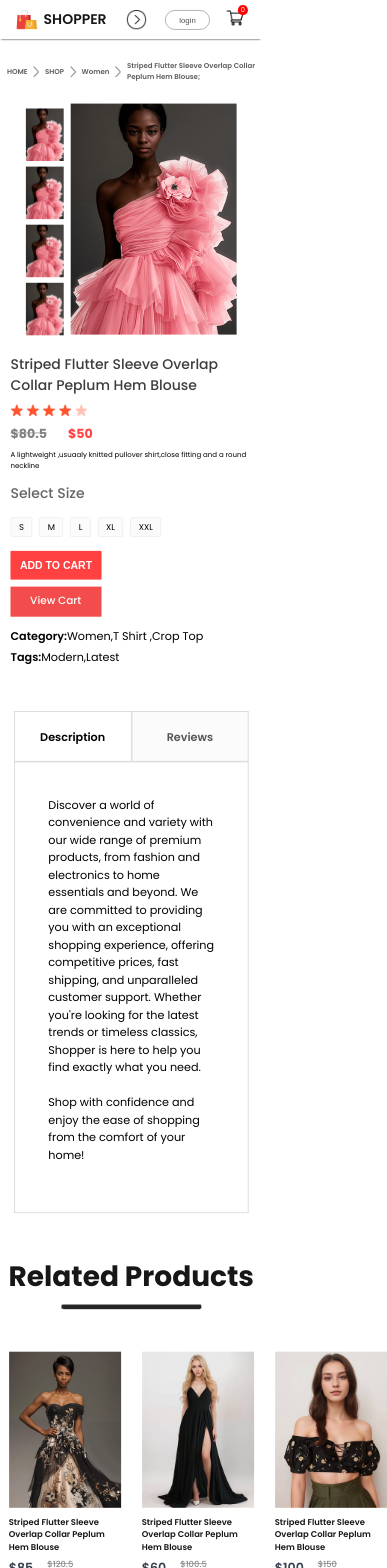
Repository: PayalJakhar/Shoppers-E-commerce-Website
Page: /product/1 (app in frontend/)
These files come from the project's save history. The page is drawn as it stood at one moment and after the next save; the edit follows.
The browser window is 375 px wide. The page is 553 px wide, then 375 px, so the pictures cover 553 px, including what lies to the right of the window. The pictures show the part of the page from y = 0 to 2240 px (the page is 2863 px tall), at 70% of full size.
The project was rebuilt for these pictures with package versions that can differ from the ones it lists, and the page was loaded fresh each time. Also part of the build but not shown: frontend/src/App.css, frontend/src/Components/Hero/Hero.css, frontend/src/Components/Hero/Hero.jsx, frontend/src/Components/Popular/Popular.css, frontend/src/Components/Popular/Popular.jsx, frontend/src/Components/Offers/Offers.css, frontend/src/Components/Offers/Offers.jsx, frontend/src/Components/NewCollections/NewCollections.css and 12 more.

Above is the page before, as saved 2025-01-17 19:16:11.

### frontend/src/index.css
*{
  margin:0;
}
body {
  margin: 0;
  font-family: -apple-system, BlinkMacSystemFont, 'Segoe UI', 'Roboto', 'Oxygen',
    'Ubuntu', 'Cantarell', 'Fira Sans', 'Droid Sans', 'Helvetica Neue',
    sans-serif;
  -webkit-font-smoothing: antialiased;
  -moz-osx-font-smoothing: grayscale;
  font-family:'poppins';
}

code {
  font-family: source-code-pro, Menlo, Monaco, Consolas, 'Courier New',
    monospace;
}

### frontend/src/Context/ShopContext.jsx
import React, { createContext, useState } from "react";
import all_product from '../Components/Assets/Frontend_Assets/all_product';

export const ShopContext = createContext(null);

const getDefaultCart = () => {
    let cart = {};
    for (let index = 0; index < all_product.length; index++) {
        cart[index] = 0;
    }
    return cart;
}

const ShopContextProvider = (props) => {
    const [cartItems, setCartItems] = useState(getDefaultCart());

    const addToCart = (itemId) => {
        setCartItems((prev) => ({ ...prev, [itemId]: prev[itemId] + 1 }));
        console.log(cartItems);
    }

    const removeFromCart = (itemId) => {
        setCartItems((prev) => ({ ...prev, [itemId]: prev[itemId] - 1 }));
    }

    const getTotalCartAmount = () => {
        let totalAmount = 0;
        for (const item in cartItems) {
            if (cartItems[item] > 0) {
                let itemInfo = all_product.find((product) => product.id === Number(item));
                totalAmount += itemInfo.new_price * cartItems[item];
            }
        }
        return totalAmount;
    }

    const getTotalCartItems = () => {
        let totalItem = 0;
        for (const item in cartItems) {
            if (cartItems[item] > 0) {
                totalItem += cartItems[item];
            }
        }
        return totalItem;
    }

    const contextValue = { getTotalCartItems, getTotalCartAmount, all_product, cartItems, addToCart, removeFromCart };

    return (
        <ShopContext.Provider value={contextValue}>
            {props.children}
        </ShopContext.Provider>
    )
}

export default ShopContextProvider;

### frontend/src/Components/Navbar/Navbar.jsx
import React, { useContext, useState, useRef } from 'react';
import { Link } from 'react-router-dom';
import './Navbar.css';
import logo from '../Assets/Frontend_Assets/logo.png';
import cart_icon from '../Assets/Frontend_Assets/cart_icon.png';
import { ShopContext } from '../../Context/ShopContext';
import nav_dropdown from '../Assets/Frontend_Assets/nav_dropdown.png'

export default function Navbar() {
    const [menu, setMenu] = useState('shop');
    const {getTotalCartItems} = useContext(ShopContext);
    const menuRef = useRef();

    const dropdown_toggle = (e) =>{
        menuRef.current.classList.toggle('nav-menu-visible');
        e.target.classList.toggle('open');
    }


    return (
        <div className="navbar">
            <div className="nav-logo">
                <img src={logo} alt="" />
                <p> SHOPPER</p>
            </div>
            <img  className='nav-dropdown' onClick={dropdown_toggle} src={nav_dropdown} alt=""/>
            <ul ref={menuRef} className="nav-menu">
                <li onClick={() => { setMenu('shop') }}><Link style={{textDecoration:'none'}} to='/'>Shop</Link>{menu === 'shop' ? <hr /> : <></>}</li>
                <li onClick={() => { setMenu('mens') }}><Link style={{textDecoration:'none'}} to='/mens'>Men</Link>{menu === 'mens' ? <hr /> : <></>}</li>
                <li onClick={() => { setMenu('women') }}><Link style={{textDecoration:'none'}} to='/women'>Women</Link>{menu === 'women' ? <hr /> : <></>}</li>
                <li onClick={() => { setMenu('kids') }}><Link style={{textDecoration:'none'}} to='/kids'>Kids</Link>{menu === 'kids' ? <hr /> : <></>}</li>
            </ul>
            <div className="nav-login-cart">
                <Link style={{textDecoration:'none'}} to='/login'><button>login</button></Link>
                <Link style={{textDecoration:'none'}} to='/cart'><img src={cart_icon} alt="" /></Link>
                <div className="nav-cart-count">{getTotalCartItems()}</div>
            </div>
        </div>
    )
}

### frontend/src/Pages/Product.jsx
import React,{useContext} from 'react'
import {ShopContext} from '../Context/ShopContext'
import {useParams} from 'react-router-dom'
import Breadcrum from '../Components/Breadcrums/Breadcrum';
import ProductDisplay from '../Components/ProductDisplay/ProductDisplay';
import DescriptionBox from '../Components/DescriptionBox/DescriptionBox';
import RelatedProducts from '../Components/RelatedProducts/RelatedProducts';

export default function Product() {
  const {all_product} = useContext(ShopContext);
  const {productID} = useParams(); // we have to give the name the same name as the parameter as been given
  // using the productID we will look for the product in the all_product;

  const product = all_product.find((e)=>e.id===Number(productID));// the const product will be equal to an object as all_product is an array of objects
  // as productID should be in number format as e.id is in number format
  return (
    <div>
        <Breadcrum product={product}/>
        <ProductDisplay product={product}/>
        <DescriptionBox/>
        <RelatedProducts/>
    </div>
  )
}

### frontend/src/Components/Footer/Footer.jsx
import React from 'react'
import './Footer.css'
import footer_logo from '../Assets/Frontend_Assets/logo_big.png'
import instagram_icon from '../Assets/Frontend_Assets/instagram_icon.png'
import pintester_icon from '../Assets/Frontend_Assets/pintester_icon.png'
import whatsapp_icon from '../Assets/Frontend_Assets/whatsapp_icon.png'
export default function Footer() {
  return (
    <div className='footer'>
        <div className="footer-logo">
            <img src={footer_logo} alt=""/>
            <p>SHOPPER</p>
        </div>
        <ul className="footer-links">
            <li>Company</li>
            <li>Products</li>
            <li>Offices</li>
            <li>About</li>
            <li>Contact</li>
        </ul>
        <div className="footer-social-icon">
            <div className="footer-icons-container">
                <img src={instagram_icon} alt=""/>
            </div>
            <div className="footer-icons-container">
                <img src={pintester_icon} alt=""/>
            </div>
            <div className="footer-icons-container">
                <img src={whatsapp_icon} alt=""/>
            </div>
        </div>
        <div className="footer-copyright">
            <hr/>
            <p>Copyright @ 2025 - All Rights Reserved</p>
        </div>
    </div>
  )
}

### frontend/src/Components/Navbar/Navbar.css
.navbar{
    display:flex;
    justify-content:space-around;
    padding:16px;
    box-shadow:0 1px 3px -2px black;
    align-items: center;
}

.nav-logo{
    display:flex;
    align-items:center;
    gap:10px;
}

.nav-logo p{
    color: #171717;
    font-size: 38px;
    font-weight:600;
}

.nav-menu{
    display:flex;
    align-items:center;
    list-style:none;
    gap:50px;
    color: #626262;
    font-size:20px;
    font-weight: 500;
}

.nav-menu li{
    display:flex;
    flex-direction:column;
    align-items:center;
    justify-content:center;
    cursor:pointer;
}

.nav-menu hr{
    border:none;
    width:80%;
    height:3px;
    border-radius:10px;
    background: #FF4141;
}

.nav-login-cart{
    display:flex;
    align-items:center;
    gap:45px;
}

.nav-login-cart button{
    width:157px;
    height:58px;
    outline:none;
    border:1px solid #7a7a7a;
    border-radius:75px;
    color:#515151;
    font-size:20px;
    font-weight:500;
    background:white;
    cursor:pointer;
}

.nav-login-cart button:hover{
    background:#f3f3f3;
}

.nav-cart-count{
    width:22px;
    height:22px;
    display:flex;
    justify-content:center;
    align-items:center;
    margin-top:-35px;
    margin-left:-55px;
    border-radius:11px;
    font-size:14px;
    background:red;
    color:white;
}

.nav-dropdown{
    display: none;
}

/* here we are making it responsive for max-width: 1280px */

@media(max-width: 1280px){
    .navbar{
        padding: 12px 50px;
    }

    .nav-logo img{
        width: 40px;
    }
    .nav-logo p{
        font-size: 25px;
    }
    .nav-menu{
        gap: 30px;
        font-size: 16px;
    }
    .nav-login-cart{
        gap: 30px;
    }
    .nav-login-cart button{
        width: 120px;
        height: 45px;
        font-size: 16px;
    }
    .nav-cart-count{
        margin-left: -40px;
        font-size: 12px;
    }
}

@media(max-width: 1024px){
    .navbar{
        padding: 12px 30px;
    }

    .nav-menu{
        gap: 25px;
        font-size: 14px;
    }
    .nav-login-cart button{
        width: 80px;
        height: 35px;
        font-size: 14px;
    }
    .nav-cart-count{
        width: 18px;
        height: 18px;
    }
    .nav-login-cart img{
        width: 30px;
    }
}

@media(max-width: 800px){
    .navbar{
        padding: 10px 0px;
    }

    .nav-dropdown{
        display: block;
        width: 30px;
        rotate: -90deg;
        transition: 0.5s;
    }
    .nav-menu{
        display: none;
        height: 80px;
        width: 100%;
        position: absolute;
        background-color: white;
        justify-content: center;
        top: 50px;
    }
    .nav-menu-visible{
        display: flex;
    }
    .nav-dropdown.open{
        transform: rotate(90deg);
    }
}


@media(max-width: 500px){
    .navbar{
        padding: 8px 0px;
        gap: 0;
    }

    .nav-logo{
       transform: scale(0.8);
    }
    .nav-menu{
        height: 70px;
        top: 50px;
        display: none;
    }
    .nav-login-cart{
        transform: scale(0.8);
    }
    .nav-menu-visible{
        display: flex;
    }
    .nav-dropdown.open{
        transform: rotate(90deg);
    }
}

### frontend/src/Components/Item/Item.jsx
import React from 'react'
import { Link } from 'react-router-dom';
import './Item.css'
export default function Item(props) {
  return (
    <div className='item'>
        <Link to={`/product/${props.id}`}><img onClick={window.scrollTo(0,0)} src={props.image} alt="" /></Link>
        {/* on click to img just scroll the window on to top */}
        <p>{props.name}</p>
        <div className="item-prices">
            <div className="item-price-new">
                ${props.new_price}
            </div>
            <div className="item-price-old">
                ${props.old_price}
            </div>
        </div>
    </div>
  )
}

### frontend/src/Components/Breadcrums/Breadcrum.jsx
import React from 'react'
import './Breadcrum.css'
import arrow_icon from '../Assets/Frontend_Assets/breadcrum_arrow.png'

const Breadcrum = (props) => {
    const {product} = props;
    return (
        <div className='breadcrum'>
            HOME <img src={arrow_icon} alt=""/> SHOP <img src={arrow_icon} alt=""/> {product.category} <img src={arrow_icon} alt=""/> {product.name};
        </div>
    )
}

export default Breadcrum

### frontend/src/Components/ProductDisplay/ProductDisplay.jsx
import React, { useContext } from 'react'
import './ProductDisplay.css'
import star_icon from "../Assets/Frontend_Assets/star_icon.png"
import star_dull_icon from "../Assets/Frontend_Assets/star_dull_icon.png"
import { ShopContext } from '../../Context/ShopContext'
import {Link} from 'react-router-dom'
const ProductDisplay = (props) => {
    const {product}=props;
    const {addToCart}=useContext(ShopContext);
  return (
    <div className='productdisplay'>
        <div className="productdisplay-left">
             <div className="productdisplay-img-list">
                <img src={product.image} alt="" />
                <img src={product.image} alt="" />
                <img src={product.image} alt="" />
                <img src={product.image} alt="" />
             </div>

            <div className="productdisplay-img">
                <img className='productdisplay-main-img' src={product.image} alt="" />
            </div>
        </div>
        <div className="productdisplay-right">
            <h1>{product.name}</h1>
            <div className="productdisplay-right-star">
                <img src={star_icon} alt="" />
                <img src={star_icon} alt="" />
                <img src={star_icon} alt="" />
                <img src={star_icon} alt="" />
                <img src={star_dull_icon} alt="" />
            </div>
            <div className="productdisplay-right-prices">
                <div className="productdisplay-right-price-old">${product.old_price}</div>
                <div className="productdisplay-right-price-new">${product.new_price}</div>

            </div>
            <div className="productdisplay-right-description">
                A lightweight ,usuaaly knitted pullover shirt,close fitting and a round neckline
            </div>
            <div className="productdisplay-right-size">
                <h1>Select Size</h1>
                <div className="productdisplay-right-sizes">
                    <div>S</div>
                    <div>M</div>
                    <div>L</div>
                    <div>XL</div>
                    <div>XXL</div>
                </div>
            </div>
            <button onClick={()=>{addToCart(product.id)}}> ADD TO CART</button>
            <Link to="/Cart" className="view-cart-link">View Cart</Link>
            <p className="productdisplay-right-category"><span>Category:</span>Women,T Shirt ,Crop Top</p>
            <p className="productdisplay-right-category"><span>Tags:</span>Modern,Latest</p>
        </div>

    </div>
  )
}

export default ProductDisplay

### frontend/src/Components/DescriptionBox/DescriptionBox.jsx
import React from 'react'
import './DescriptionBox.css'

const DescriptionBox = () => {
  return (
    <div className='descriptionbox'>
      <div className="descriptionbox-navigator">
        <div className="descriptionbox-nav-box">Description</div>
        <div className="descriptionbox-nav-box fade">Reviews</div>
      </div>
      <div className="descriptionbox-description">
        <p>
        Discover a world of convenience and variety with our wide range of premium products, from fashion and electronics to home essentials and beyond. We are committed to providing you with an exceptional shopping experience, offering competitive prices, fast shipping, and unparalleled customer support. Whether you're looking for the latest trends or timeless classics, Shopper is here to help you find exactly what you need.
        </p>
        <p>
         Shop with confidence and enjoy the ease of shopping from the comfort of your home!
        </p>
      </div>
    </div>
  )
}

export default DescriptionBox

### frontend/src/Components/RelatedProducts/RelatedProducts.jsx
import React from 'react'
import './RelatedProducts.css'
import data_product from '../Assets/Frontend_Assets/data'
import Item from '../Item/Item'
const RelatedProducts = () => {
  return (
    <div className='relatedproducts'>
        <h1>Related Products</h1>
        <hr/>
        <div className="relatedproducts-item">
            {data_product.map((item,i)=>{
                return <Item key={i} id={item.id} name={item.name} image={item.image} new_price={item.new_price} old_price={item.old_price}/>
            })}
        </div>
    </div>
  )
}

export default RelatedProducts

### frontend/src/Components/Footer/Footer.css
.footer{
    display: flex;
    flex-direction: column;
    justify-content: center;
    align-items: center;
    gap: 50px;
}

.footer-logo{
    display: flex;
    align-items: center;
    gap: 20px;
}

.footer-logo p{
    color: #383838;
    font-size: 46px;
    font-weight: 700;

}

.footer-links{
    display: flex;
    list-style: none;
    gap: 50px;
    color: #252525;
    font-size: 20px;
}

.footer-links li{
    cursor: pointer;
}

.footer-social-icon{
    display: flex;
    gap: 20px;
}

.footer-icons-container{
    padding: 10px;
    padding-bottom:6px;
    background: #fbfbfb;
    border: 1px solid #ebebeb;
}

.footer-copyright{
    display: flex;
    flex-direction: column;
    align-items: center;
    gap: 30px;
    width: 100%;
    margin-bottom: 30px;
    color: #1a1a1a;
    font-size: 20px;
}

.footer-copyright r{
    width: 80%;
    border: none;
    border-radius: 10px;
    height: 3px;
    background: #c7c7c7;
}

@media(max-width: 800px){
    .footer{
        gap: 20px;
    }
    .footer-lgo{
        gap: 10px;
        align-items: end;
    }
    .footer-logo img{
        width: 40px;
    }
    .footer-logo p{
        font-size: 25px;
    }
    .footer-links{
        font-size: 14px;
        gap: 10px;
    }
    .footer-social-icon img{
        width: 22px;
    }
    .footer-copyright{
        font-size: 13px;
    }
}

### frontend/src/Components/Item/Item.css
.item{
    width:280px;
}
.item img{
    width: 280px;
}
.item p{
    margin: 6px 0px;
}

.item-prices{
    display:flex;
    gap:20px;
}
.item-price-new{
    color: #374151;
    font-size: 18px;
    font-weight: 600;
}
.item-price-old{
    color: #8c8c8c;
    font-size: 18px;
    font-weight: 500;
    text-decoration: line-through;
}

.item:hover{
    transform: scale(1.05);
    transition: 0.6s;
}

@media(max-width: 1280px){
    .item{
        width: 220px;
        font-size: 14px;
    }
    .item img{
        width: 220px;
    }

    .item-price-old{
        font-size: 14px;
    }
}

@media(max-width: 1024px){
    .item{
        width: 170px;
        font-size: 13px;
    }
    .item img{
        width: 170px;
    }

    .item-price-old{
        font-size: 13px;
    }
}


@media(max-width: 800px){
    .item{
        width: 120px;
        font-size: 12px;
    }
    .item img{
        width: 120px;
    }

    .item-price-old{
        font-size: 12px;
    }
}


@media(max-width: 1280px){
    .item{
        width: 160px;
    }
    .item img{
        width: 160px;
    }

}

### frontend/src/Components/Breadcrums/Breadcrum.css
.breadcrum{
    display: flex;
    align-items: center;
    gap: 8px;
    color: #5e5e5e;
    font-size: 16px;
    font-weight: 600;
    margin: 60px 170px;
    text-transform: capitalize;
}

@media(max-width: 1280px){
    .breadcrum{
        margin: 30px 50px;
        font-size: 14px;
    }
}

@media(max-width: 1024px){
    .breadcrum{
        margin: 30px 30px;
        font-size: 13px;
    }
}


@media(max-width: 800px){
    .breadcrum{
        margin: 30px 10px;
        font-size: 12px;
    }
}


@media(max-width: 500px){
    .breadcrum{
        /* margin: 30px 50px; */
        font-size: 10px;
    }
}

### frontend/src/Components/DescriptionBox/DescriptionBox.css
.descriptionbox{
    margin: 120px 170px;
}
.descriptionbox-navigator{
    display: flex;
}

.descriptionbox-nav-box{
    display:flex;
    align-items: center;
    justify-content: center;
    font-size: 16px;
    font-weight: 600;
    width: 171px;
    height: 70px;
    border: 1px solid #d0d0d0;
}

.descriptionbox-nav-box.fade{
    background: #FBFBFB;
    color: #555;
}

.descriptionbox-description{
    display: flex;
    flex-direction: column;
    gap: 25px;
    border: 1px solid #D0D0D0;
    padding: 48px;
    padding-bottom: 70px;
}

@media(max-width:1280px)
{
    .descriptionbox{
        margin: 60px;
    }
}

@media(max-width:800px){
    .descriptionbox{
        margin: 60px 20px;
    } I
    .descriptionbox-description{
        font-size: 14px;
    }
}

### frontend/src/Components/RelatedProducts/RelatedProducts.css
.relatedproducts{
    display: flex;
    flex-direction: column;
    align-items: center;
    gap: 10px;
    height: 90vh;
    margin-bottom: 100px;
}

.relatedproducts{
    color: #171717;
    font-size: 20px;
    font-weight: 600;
}

.relatedproducts hr{
    width: 200px;
    height: 6px;
    border-radius:10px;
    background: #252525;
}

.relatedproducts-item{
    margin-top: 50px;
    display: flex;
    gap: 30px;
}

@media(max-width: 1280px){
    .popular{
        height: 70vh;
    }
    .popular h1{
        font-size: 40px;
    }
    .popular hr{
        width: 160px;
        height: 4px;
    }
    .popular-item{
        gap:20px;
        margin-top: 30px;
    }
}


@media(max-width: 1024px){
    .popular{
        height: 60vh;
    }
    .popular h1{
        font-size: 30px;
    }
    .popular hr{
        width: 120px;
        height: 3px;
    }
    .popular-item{
        gap:15px;
        margin-top: 20px;
    }
}

@media(max-width: 800px){
    .popular{
        height: 50vh;
        gap: 6px;
    }
    .popular h1{
        font-size: 20px;
    }
    .popular hr{
        width: 100px;
        /* height: 4px; */
    }
    .popular-item{
        gap:5px;
        /* margin-top: 30px; */
    }
}

@media(max-width: 500px){
    .popular{
        height: 90vh;
    }
    /* .popular h1{
        font-size: 40px;
    }
    .popular hr{
        width: 160px;
        height: 4px;
    } */
    .popular-item{
        gap:20px;
        /* margin-top: 30px; */
        display: grid;
        grid-template-columns:1fr 1fr;
    }
}

Loaded but not shown: frontend/public/index.html (common file); frontend/src/reportWebVitals.js (common file); frontend/src/Components/Assets/Frontend_Assets/all_product.js (329 lines, source omitted); frontend/src/App.js (33 lines, source omitted); frontend/src/Components/Assets/Frontend_Assets/data.js (34 lines, source omitted); frontend/src/index.js (20 lines, source omitted); frontend/src/Components/ProductDisplay/ProductDisplay.css (404 lines, source omitted)

After the next save:
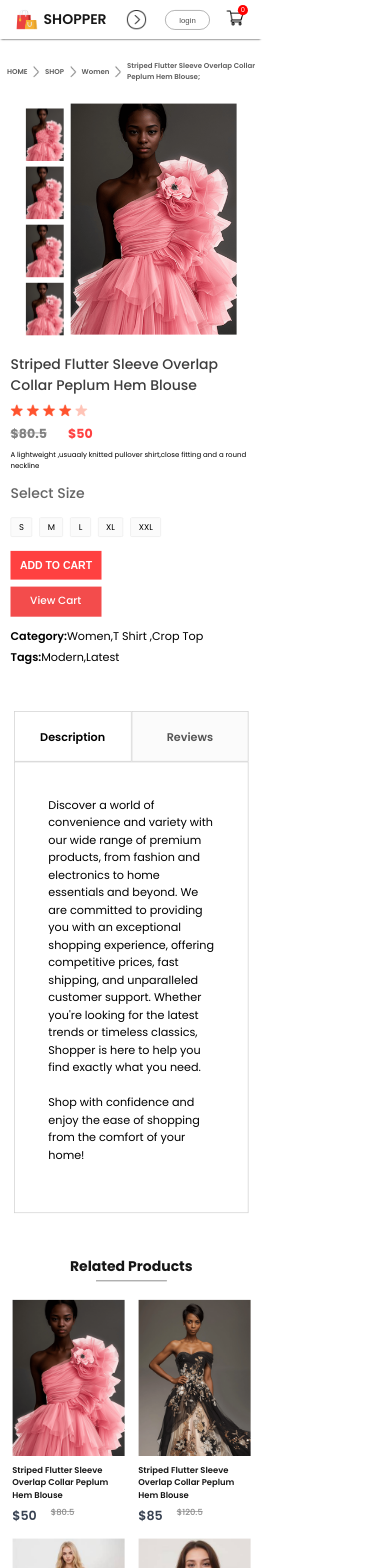
Saved 41 s later.
--- a/frontend/src/Components/RelatedProducts/RelatedProducts.css
+++ b/frontend/src/Components/RelatedProducts/RelatedProducts.css
@@ -27,17 +27,17 @@
 }
 
 @media(max-width: 1280px){
-    .popular{
+    .relatedproducts{
         height: 70vh;
     }
-    .popular h1{
+    .relatedproducts h1{
         font-size: 40px;
     }
-    .popular hr{
+    .relatedproducts hr{
         width: 160px;
         height: 4px;
     }
-    .popular-item{
+    .relatedproducts-item{
         gap:20px;
         margin-top: 30px;
     }
@@ -45,52 +45,52 @@
 
 
 @media(max-width: 1024px){
-    .popular{
+    .relatedproducts{
         height: 60vh;
     }
-    .popular h1{
+    .relatedproducts h1{
         font-size: 30px;
     }
-    .popular hr{
+    .relatedproducts hr{
         width: 120px;
         height: 3px;
     }
-    .popular-item{
+    .relatedproducts-item{
         gap:15px;
         margin-top: 20px;
     }
 }
 
 @media(max-width: 800px){
-    .popular{
+    .relatedproducts{
         height: 50vh;
         gap: 6px;
     }
-    .popular h1{
+    .relatedproducts h1{
         font-size: 20px;
     }
-    .popular hr{
+    .relatedproducts hr{
         width: 100px;
         /* height: 4px; */
     }
-    .popular-item{
+    .relatedproducts-item{
         gap:5px;
         /* margin-top: 30px; */
     }
 }
 
 @media(max-width: 500px){
-    .popular{
+    .relatedproducts{
         height: 90vh;
     }
-    /* .popular h1{
+    /* .relatedproducts h1{
         font-size: 40px;
     }
-    .popular hr{
+    .relatedproducts hr{
         width: 160px;
         height: 4px;
     } */
-    .popular-item{
+    .relatedproducts-item{
         gap:20px;
         /* margin-top: 30px; */
         display: grid;
